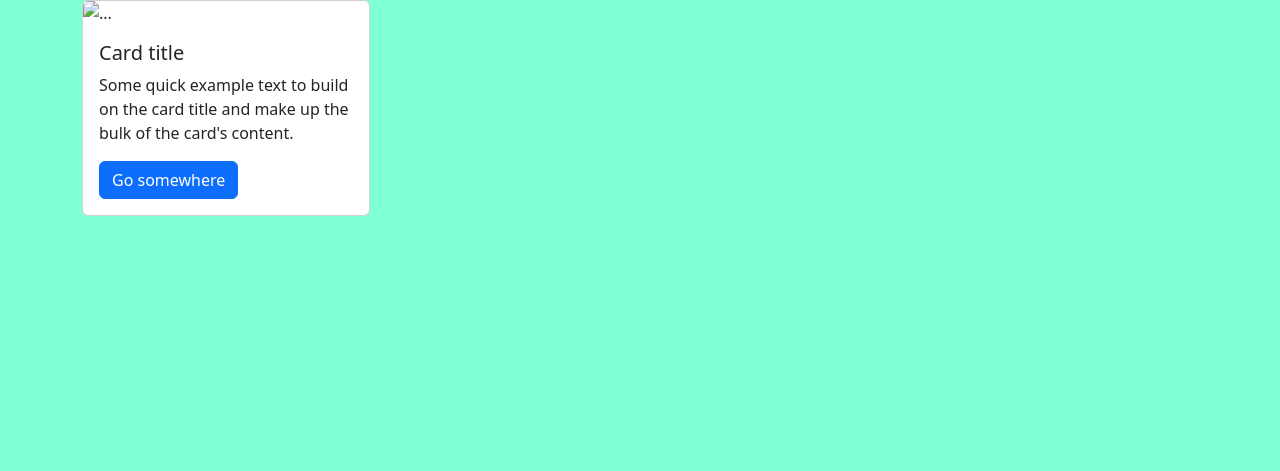
Repository: noahcallen/ASSIGNMENT-product-cards
Page: index.html
The author's editor kept a copy of each file at every save. The page is drawn from the files as they stood at one save, then again after the next save.
The browser window is 1280 px wide. The pictures show the whole page.

Above is the page before, as saved 2024-07-10 20:16:44.
Not found: ...

### index.html
<!DOCTYPE html>
<html lang="en">
<head>
  <meta charset="UTF-8">
  <meta name="viewport" content="width=device-width, initial-scale=1.0">
  <title>Product Cards</title>
  <link href="https://cdn.jsdelivr.net/npm/bootstrap@5.3.3/dist/css/bootstrap.min.css" rel="stylesheet" integrity="sha384-QWTKZyjpPEjISv5WaRU9OFeRpok6YctnYmDr5pNlyT2bRjXh0JMhjY6hW+ALEwIH" crossorigin="anonymous">
  <link rel="stylesheet" href="main.css">
</head>
<body>
  <div class="container">
    <div class="row">
      <div class="col">
        <div class="card" style="width: 18rem;">
          <img src="..." class="card-img-top" alt="...">
          <div class="card-body">
            <h5 class="card-title">Card title</h5>
            <p class="card-text">Some quick example text to build on the card title and make up the bulk of the card's content.</p>
            <a href="#" class="btn btn-primary">Go somewhere</a>
          </div>
        </div>
      </div>

    </div>

  </div>





  <script src="main.js"></script>
  <script src="https://cdn.jsdelivr.net/npm/bootstrap@5.3.3/dist/js/bootstrap.bundle.min.js" integrity="sha384-YvpcrYf0tY3lHB60NNkmXc5s9fDVZLESaAA55NDzOxhy9GkcIdslK1eN7N6jIeHz" crossorigin="anonymous"></script>

</body>
</html>

Loaded but not shown: main.css (common file); main.js (no stored copy; drawn as an empty file)

After the next save:
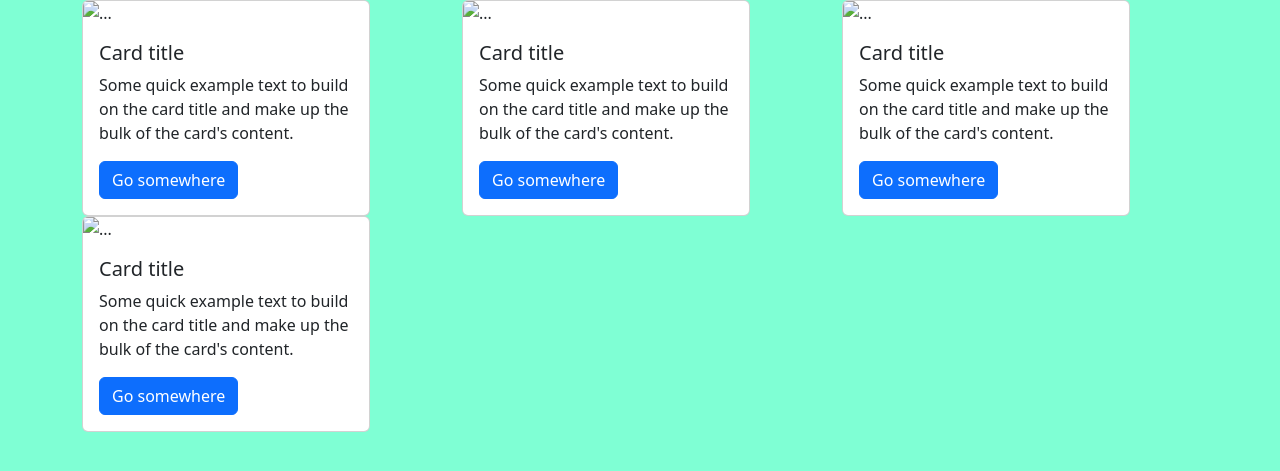
Saved 4 min 10 s later.
--- a/index.html
+++ b/index.html
@@ -10,6 +10,39 @@
 <body>
   <div class="container">
     <div class="row">
+      <div class="col">
+        <div class="card" style="width: 18rem;">
+          <img src="..." class="card-img-top" alt="...">
+          <div class="card-body">
+            <h5 class="card-title">Card title</h5>
+            <p class="card-text">Some quick example text to build on the card title and make up the bulk of the card's content.</p>
+            <a href="#" class="btn btn-primary">Go somewhere</a>
+          </div>
+        </div>
+      </div>
+
+      <div class="col">
+        <div class="card" style="width: 18rem;">
+          <img src="..." class="card-img-top" alt="...">
+          <div class="card-body">
+            <h5 class="card-title">Card title</h5>
+            <p class="card-text">Some quick example text to build on the card title and make up the bulk of the card's content.</p>
+            <a href="#" class="btn btn-primary">Go somewhere</a>
+          </div>
+        </div>
+      </div>
+
+      <div class="col">
+        <div class="card" style="width: 18rem;">
+          <img src="..." class="card-img-top" alt="...">
+          <div class="card-body">
+            <h5 class="card-title">Card title</h5>
+            <p class="card-text">Some quick example text to build on the card title and make up the bulk of the card's content.</p>
+            <a href="#" class="btn btn-primary">Go somewhere</a>
+          </div>
+        </div>
+      </div>
+
       <div class="col">
         <div class="card" style="width: 18rem;">
           <img src="..." class="card-img-top" alt="...">
